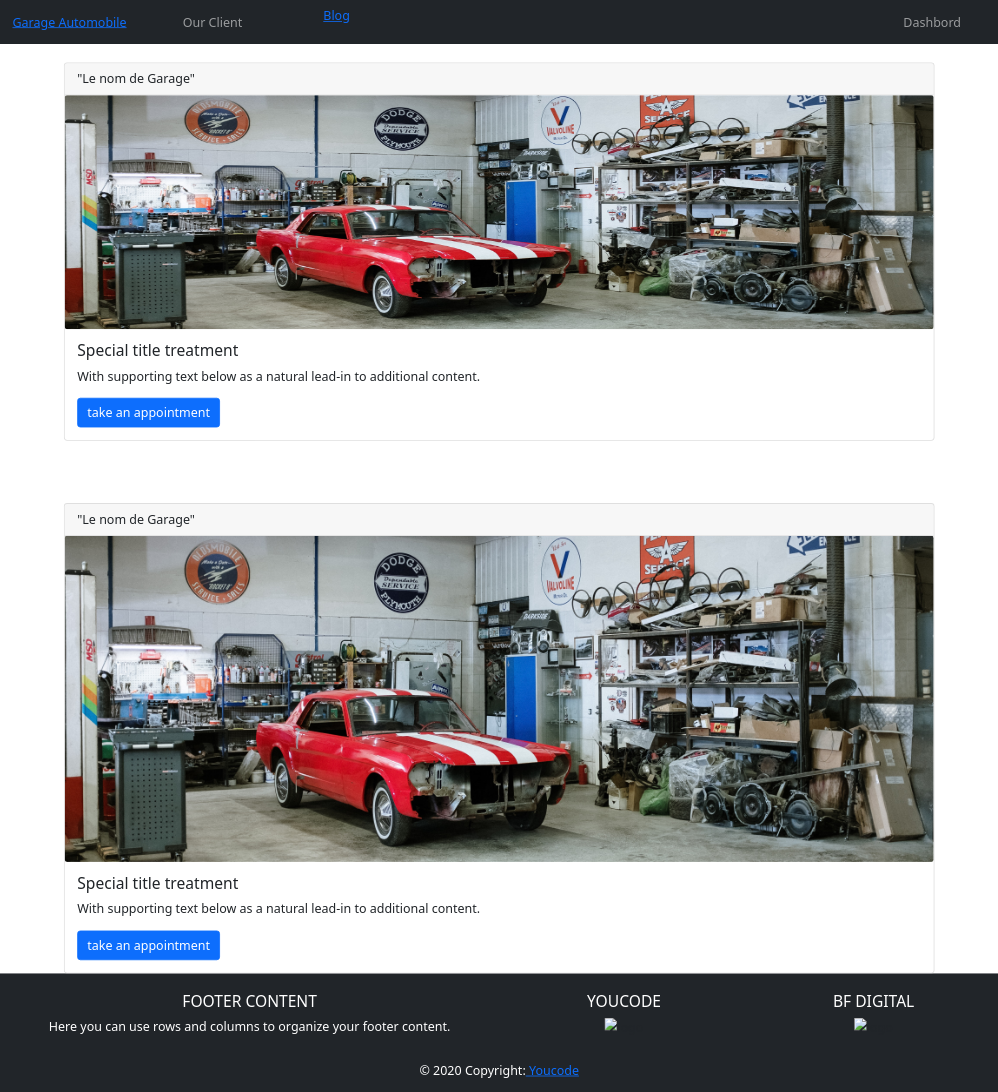
Repository: abdelhak-f/Fil-Rouge
Page: /blog (app in client/)
These files come from the project's save history. The page is drawn as it stood at one moment and after the next save; the edit follows.
The browser window is 1280 px wide. The pictures show the whole page, at 78% of full size.
The project was rebuilt for these pictures with package versions that can differ from the ones it lists, and the page was loaded fresh each time. Also part of the build but not shown: client/src/components/Text.jsx, client/src/components/forms/FirstFrontForm.jsx, client/src/components/Body.jsx.

Above is the page before, as saved 2021-09-07 17:01:38.

After the next save:
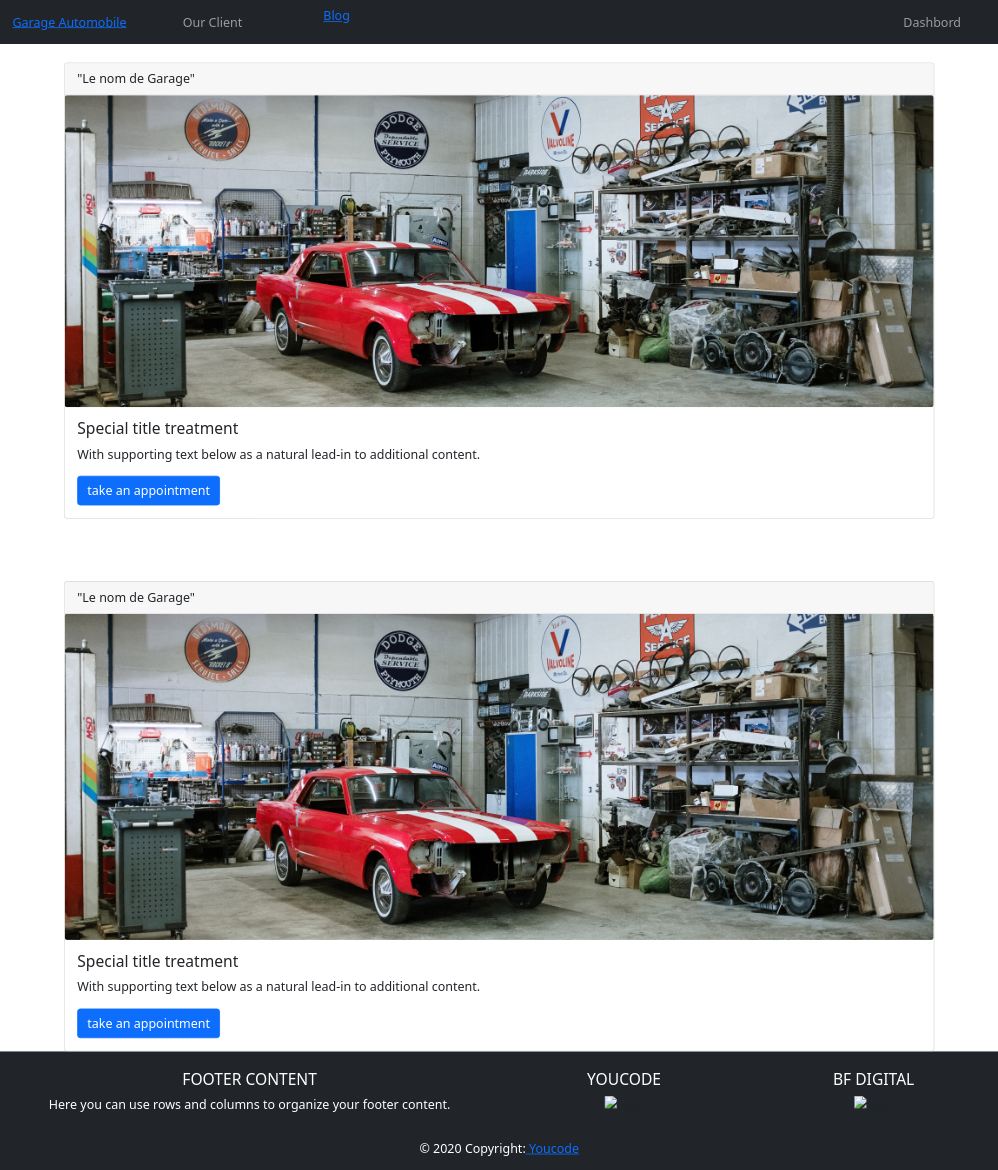
Saved 6 s later.
--- a/client/src/components/Blog.jsx
+++ b/client/src/components/Blog.jsx
@@ -10,7 +10,7 @@ function Blog() {
          {/* first blog */}
          <Card >
            <Card.Header  >"Le nom de Garage"  </Card.Header>
-            <Card.Img style={{ height: '300px' }} src={image} />
+            <Card.Img style={{ height: '400px' }} src={image} />
             <Card.Body>
             <Card.Title>Special title treatment</Card.Title>
             <Card.Text>
